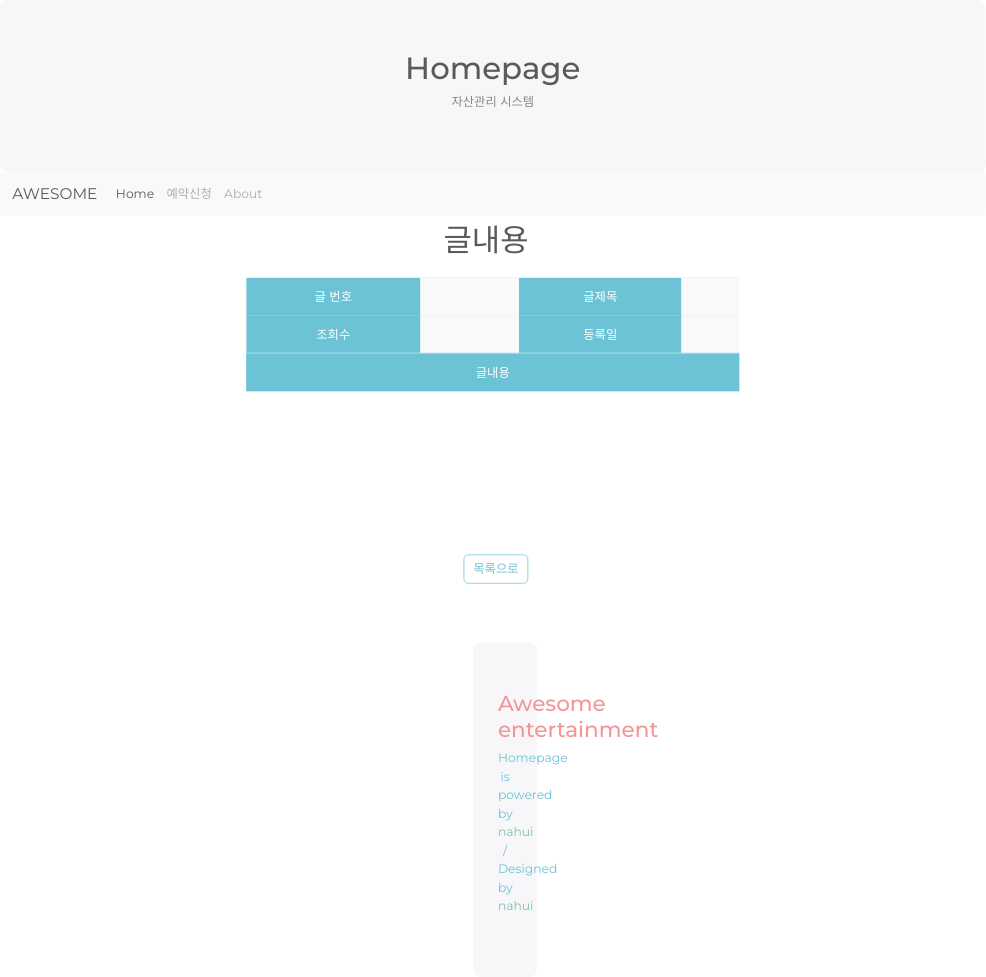
Repository: Nahui068/project1
Page: http://localhost/project1/WEB-INF/views/content.jsp
The author's editor kept a copy of each file at every save. The page is drawn from the files as they stood at one save, then again after the next save.
The browser window is 1280 px wide. The pictures show the whole page, at 77% of full size.
The page is served by Tomcat 9. Nobody is signed in. The template is opened directly, without the code that normally fills it, so the values that code supplies are empty.

Above is the page before, as saved 2021-01-07 02:46:54.

After the next save:
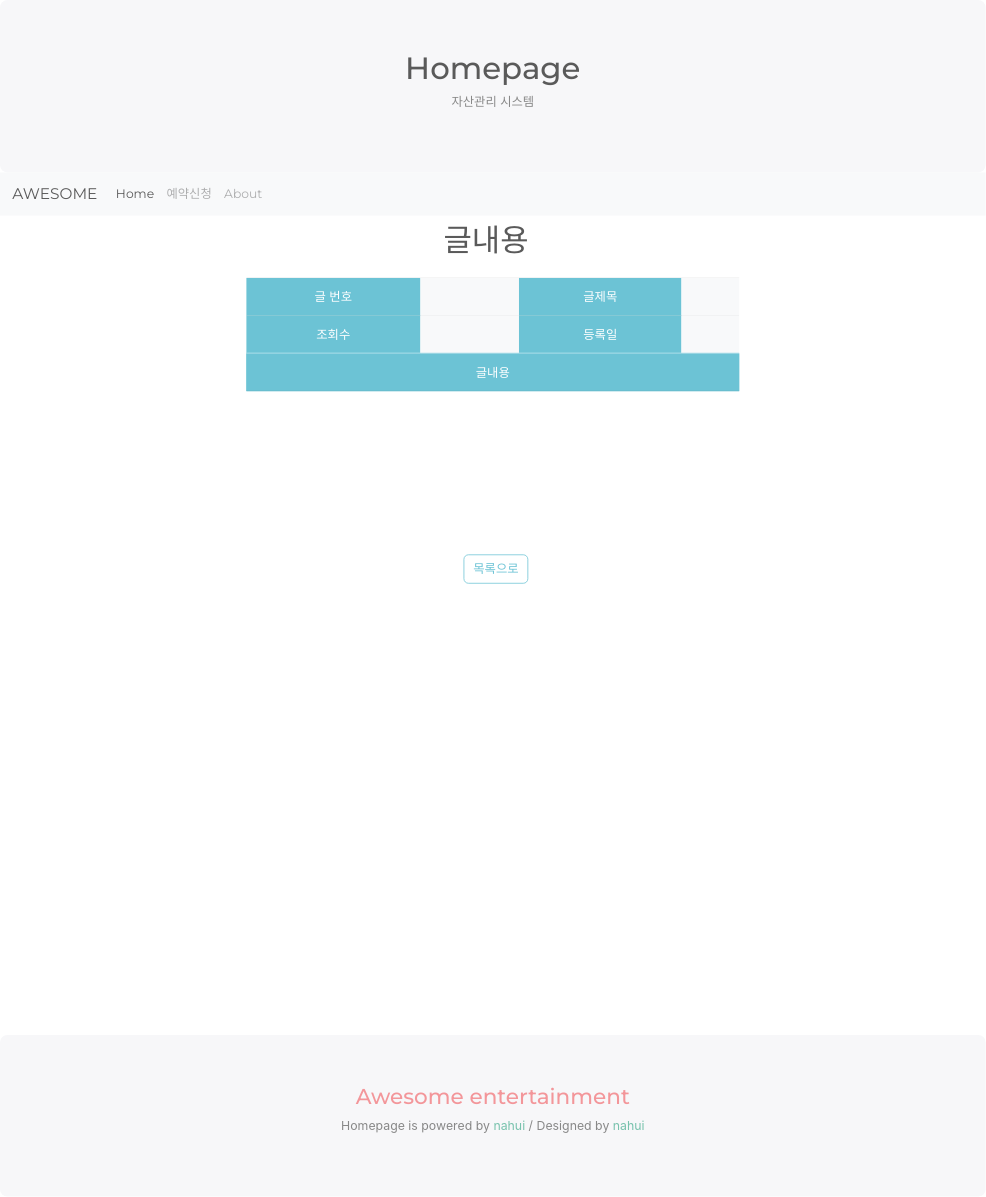
Saved 10 s later.
--- a/project1/src/main/webapp/WEB-INF/views/content.jsp
+++ b/project1/src/main/webapp/WEB-INF/views/content.jsp
@@ -32,7 +32,7 @@
 			<td colspan="4">${content.content}</td>
 		</tr>
 	</table>
-	<button type="button" class="btn btn-outline-info" style="position:absolute; top:100%; left:47%;"onClick="location.href='/project1/board_select'">목록으로
+	<button type="button" class="btn btn-outline-info" style="position:absolute; top:100%; left:47%;"onClick="location.href='/project1/board_select'">목록으로</button>
 
 	<%@ include file="/WEB-INF/views/include/footer.jsp" %>
 </body>
